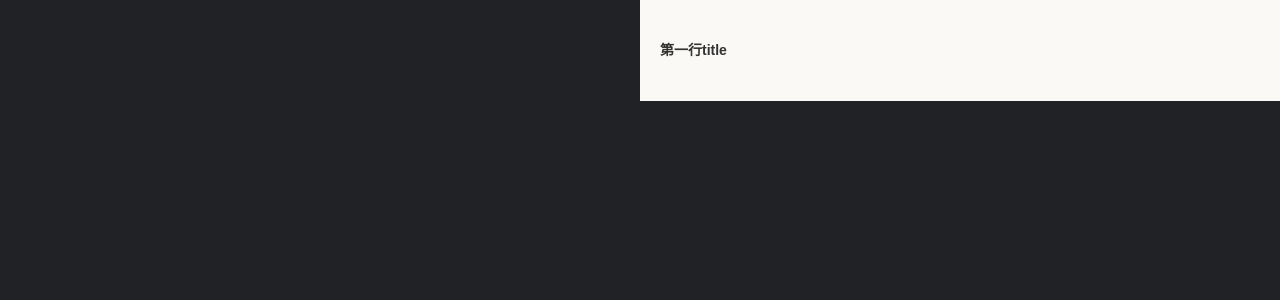
Repository: GuinsooRocky/-Technology-sharing-rocky
Page: /catalog
An editor plug-in stored every save of this project. The page is shown before and after the next save, followed by the edit.
The browser window is 1280 px wide. The pictures show the whole page.
The project was rebuilt for these pictures with package versions that can differ from the ones it lists, and the page was loaded fresh each time. Also part of the build but not shown: src/pages/Home/home.less, src/component/Fault/fault.less, src/component/Fault/faultMad.tsx, src/pages/Home/home.tsx.

Above is the page before, as saved 2020-09-20 11:05:21.

After the next save:
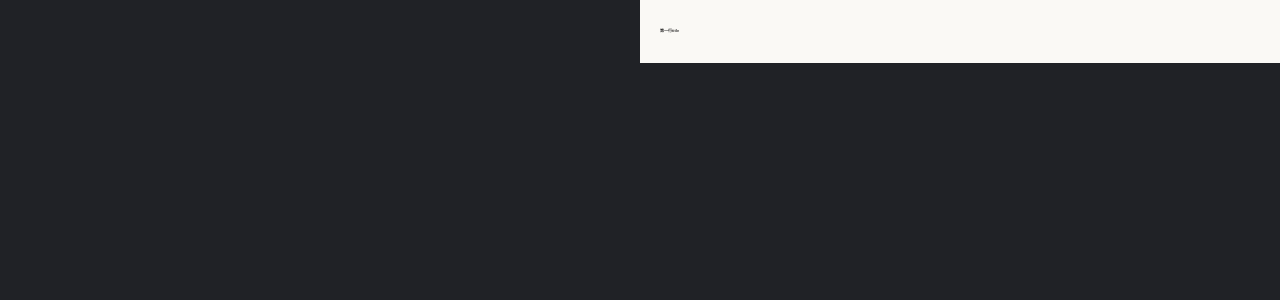
Saved 69 s later.
--- a/src/pages/Catalog/catalog.less
+++ b/src/pages/Catalog/catalog.less
@@ -38,7 +38,7 @@
   .css-context {
     width: 200px;
     h4 {
-      font-size: 14px;
+      font-size: 4px;
       font-family: Montserrat,sans-serif;
       line-height: 1.1;
       font-weight: 900;
